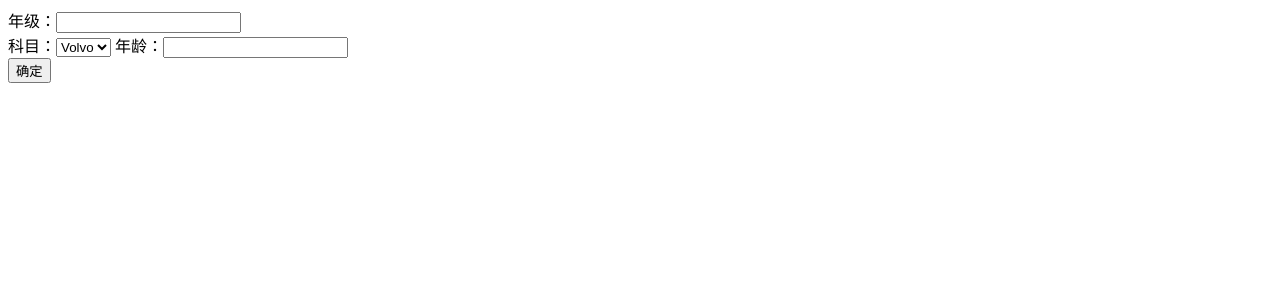
Repository: hasegetc/JavaWorkspace
Page: http://localhost/com.sinaapp.sanrenxing.web/pages/demo.jsp
These files come from the project's save history. The page is drawn as it stood at one moment and after the next save; the edit follows.
The browser window is 1280 px wide. The pictures show the whole page.
The page is served by Tomcat 9. Nobody is signed in. The application's start-up code is not run. Other server files are loaded and not shown.

Above is the page before, as saved 2014-03-23 15:23:09.

### sanrenxing/com.sinaapp.sanrenxing.web/WebContent/pages/demo.jsp
<%@ page language="java" import="java.util.*" pageEncoding="UTF-8"%>
<%
String path = request.getContextPath();
String basePath = request.getScheme()+"://"+request.getServerName()+":"+request.getServerPort()+path+"/";
request.setCharacterEncoding("UTF-8");
%>

<!DOCTYPE HTML PUBLIC "-//W3C//DTD HTML 4.01 Transitional//EN">
<html>
  <head>
    <base href="<%=basePath%>">

    <title>My JSP 'demo.jsp' starting page</title>

	<meta http-equiv="pragma" content="no-cache">
	<meta http-equiv="cache-control" content="no-cache">
	<meta http-equiv="expires" content="0">
	<meta http-equiv="keywords" content="keyword1,keyword2,keyword3">
	<meta http-equiv="description" content="This is my page">
	<!--
	<link rel="stylesheet" type="text/css" href="styles.css">
	-->

  </head>

  <body>
    <form action="demo!insert.action">
    	年级：<input name="class"><br>
    	科目：<select name="lesson">
			<option value="volvo">Volvo</option>
			<option value="saab">Saab</option>
			<option value="fiat">Fiat</option>
			<option value="audi">Audi</option>
		</select> 年龄：<input name="age" onkeyup="this.value=this.value.replace(/[^0-9]/g,'');"><br>
    	<input type="submit" value="确定">
    </form>
  </body>
</html>

After the next save:
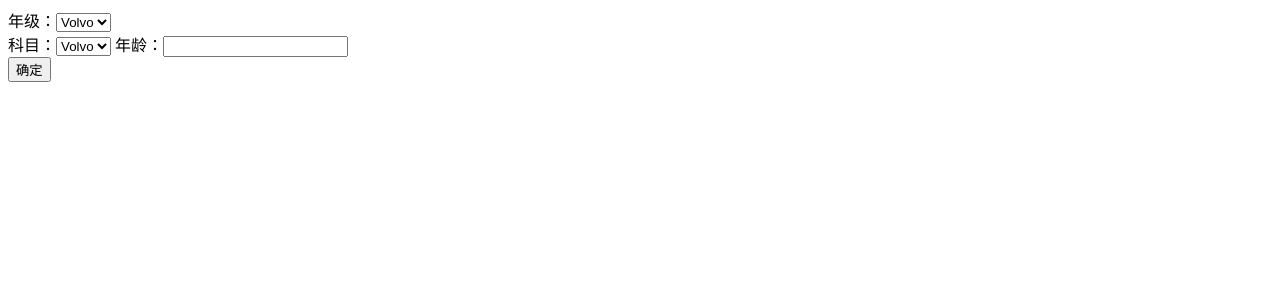
Saved 2 min 18 s later.
--- a/sanrenxing/com.sinaapp.sanrenxing.web/WebContent/pages/demo.jsp
+++ b/sanrenxing/com.sinaapp.sanrenxing.web/WebContent/pages/demo.jsp
@@ -25,7 +25,14 @@ request.setCharacterEncoding("UTF-8");
 
   <body>
     <form action="demo!insert.action">
-    	年级：<input name="class"><br>
+    <div id = "lesson">
+    	年级：<select name="lesson">
+			<option value="volvo">Volvo</option>
+			<option value="saab">Saab</option>
+			<option value="fiat">Fiat</option>
+			<option value="audi">Audi</option>
+		</select>
+		</div>
     	科目：<select name="lesson">
 			<option value="volvo">Volvo</option>
 			<option value="saab">Saab</option>
